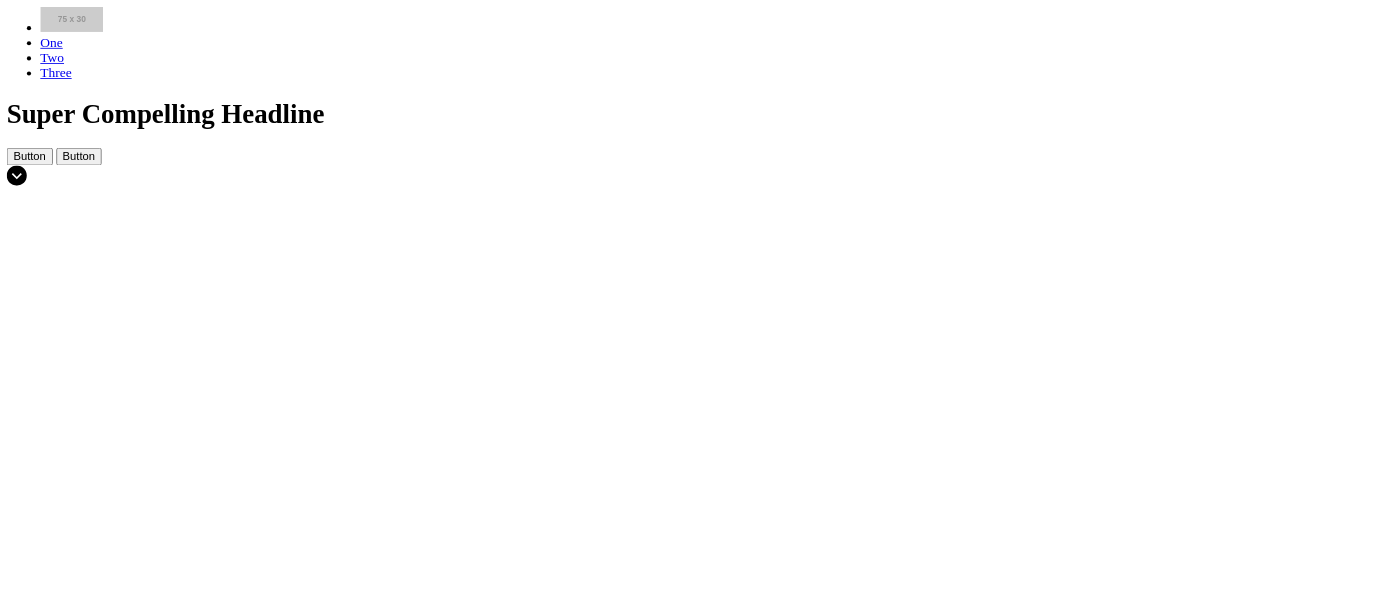
Repository: vancodes/longtable
Page: hero-full-screen.html
An editor plug-in stored every save of this project. The page is shown before and after the next save, followed by the edit.
The browser window is 1280 px wide. The page is 1280 px wide, then 1648 px, so the pictures cover 1648 px, including what lies to the right of the window. The pictures show the whole page, at 84% of full size.

Above is the page before, as saved 2019-04-08 11:32:38.

After the next save:
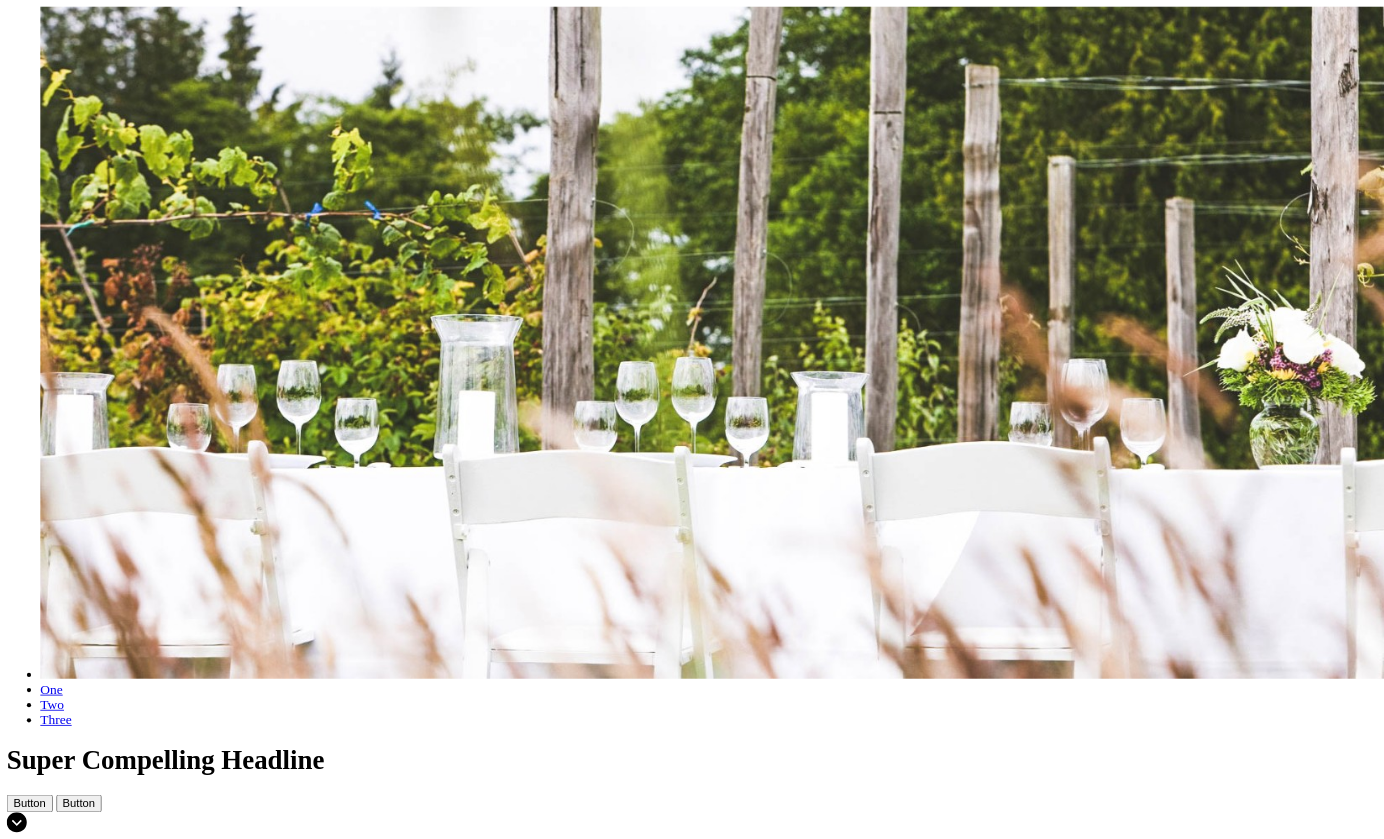
Saved 23 min 20 s later.
--- a/hero-full-screen.html
+++ b/hero-full-screen.html
@@ -4,7 +4,7 @@
     <div class="top-bar">
       <div class="top-bar-left">
         <ul class="menu">
-          <li class="menu-text"><img src="http://placehold.it/75x30" alt="logo"></li>
+          <li class="menu-text"><img src="assets\cover.jpg" alt="logo"></li>
           <li><a href="#">One</a></li>
           <li><a href="#">Two</a></li>
           <li><a href="#">Three</a></li>
